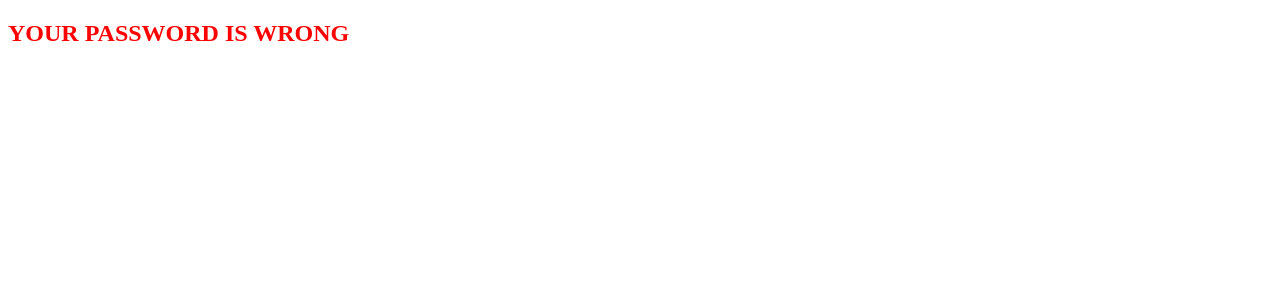
Repository: arindamslt/JEECoding
Page: http://localhost/JSP_Include_Forward_Demo/Display.jsp
These files come from the project's save history. The page is drawn as it stood at one moment and after the next save; the edit follows.
The browser window is 1280 px wide. The pictures show the whole page.
The page is served by Tomcat 9.

Above is the page before, as saved 2025-07-17 14:54:22.

### JSP_Include_Forward_Demo/src/main/webapp/Display.jsp
<%@ page language="java" contentType="text/html; charset=ISO-8859-1"
    pageEncoding="ISO-8859-1"%>
<!DOCTYPE html>
<html>
<head>
<meta charset="ISO-8859-1">
<title>Insert title here</title>
</head>
<body>
<h2 style="color:red;">YOUR PASSWORD IS WRONG</h2>
</body>
</html>

### JSP_Include_Forward_Demo/src/main/webapp/Img1.jsp
<%@ page language="java" contentType="text/html; charset=ISO-8859-1"
    pageEncoding="ISO-8859-1"%>
<!DOCTYPE html>
<html>
<head>
<meta charset="ISO-8859-1">
<title>Insert title here</title>
</head>
<body>
<img src="data:[embedded picture, 4267 characters]"
width="200px"
height="200px"
alt="NO IMAGE"
/>
</body>
</html>

After the next save:
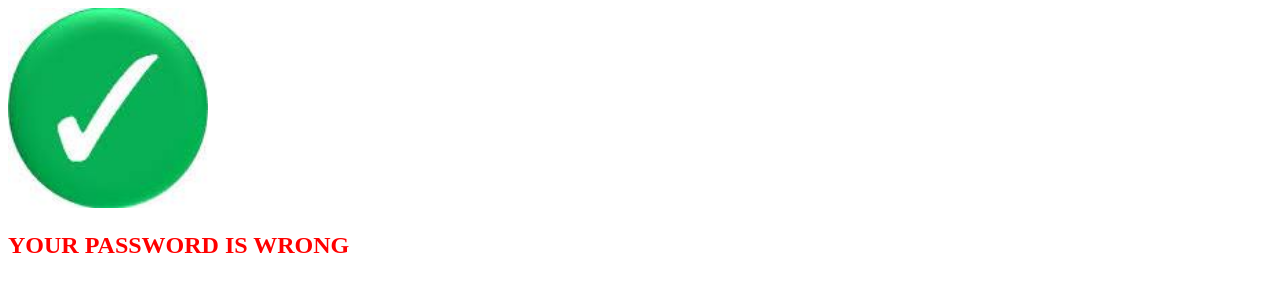
Saved 53 s later.
--- a/JSP_Include_Forward_Demo/src/main/webapp/Display.jsp
+++ b/JSP_Include_Forward_Demo/src/main/webapp/Display.jsp
@@ -1,5 +1,6 @@
 <%@ page language="java" contentType="text/html; charset=ISO-8859-1"
     pageEncoding="ISO-8859-1"%>
+ <jsp:include page="Img1.jsp"></jsp:include>
 <!DOCTYPE html>
 <html>
 <head>
